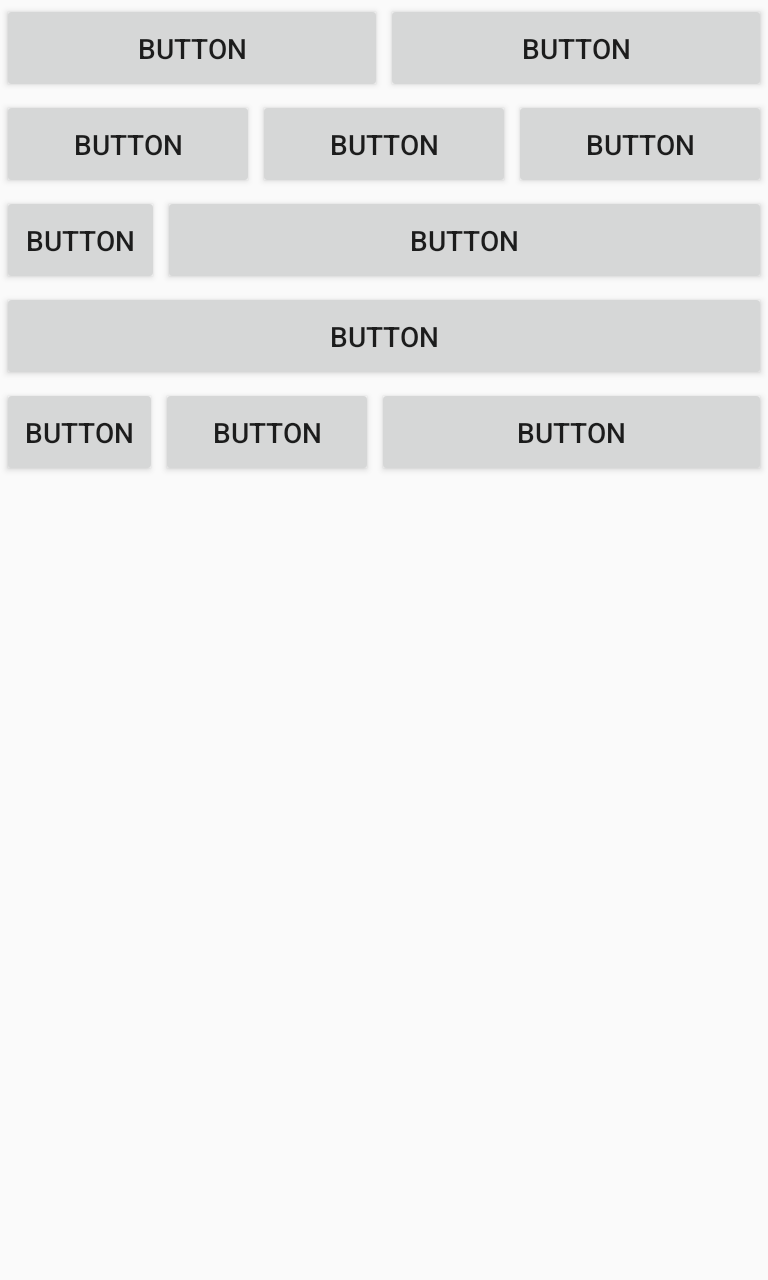
Repository: adarshnair13/my-project
Layout: example1/res/layout/activity_main.xml
The author's editor kept a copy of each file at every save. The layout is drawn from the files as they stood at one save, then again after the next save.
It is drawn on a 768 x 1280 px phone screen (xhdpi) without system bars, with theme AppTheme; the app's code is not run.

Above is the layout before, as saved 2015-02-01 21:21:26.

### example1/res/layout/activity_main.xml
<LinearLayout xmlns:android="http://schemas.android.com/apk/res/android"
    xmlns:tools="http://schemas.android.com/tools"
    android:id="@+id/LinearLayout2"
    android:layout_width="match_parent"
    android:layout_height="match_parent"
    android:orientation="vertical"
    tools:context="com.adarsh.example1.MainActivity" >

    <LinearLayout
        android:layout_width="match_parent"
        android:layout_height="wrap_content"
        android:weightSum="2.0" >

        <Button
            android:id="@+id/button1"
            style="?android:attr/buttonStyleSmall"
            android:layout_width="wrap_content"
            android:layout_height="wrap_content"
            android:layout_weight="1.0"
            android:text="Button" />

        <Button
            android:id="@+id/button2"
            style="?android:attr/buttonStyleSmall"
            android:layout_width="wrap_content"
            android:layout_height="wrap_content"
            android:layout_weight="1.0"
            android:text="Button" />
    </LinearLayout>

    <LinearLayout
        android:layout_width="match_parent"
        android:layout_height="wrap_content"
        android:weightSum="3.0" >

        <Button
            android:id="@+id/button3"
            style="?android:attr/buttonStyleSmall"
            android:layout_width="wrap_content"
            android:layout_height="wrap_content"
            android:layout_weight="1.0"
            android:text="Button" />

        <Button
            android:id="@+id/button4"
            style="?android:attr/buttonStyleSmall"
            android:layout_width="wrap_content"
            android:layout_height="wrap_content"
            android:layout_weight="1.0"
            android:text="Button" />

        <Button
            android:id="@+id/button5"
            style="?android:attr/buttonStyleSmall"
            android:layout_width="wrap_content"
            android:layout_height="wrap_content"
            android:layout_weight="1.0"
            android:text="Button" />
    </LinearLayout>

    <LinearLayout
        android:layout_width="match_parent"
        android:layout_height="wrap_content"
        android:weightSum="100.0" >

        <Button
            android:id="@+id/button6"
            style="?android:attr/buttonStyleSmall"
            android:layout_width="wrap_content"
            android:layout_height="wrap_content"
            android:layout_weight="1.0"
            android:text="Button" />

        <Button
            android:id="@+id/button7"
            style="?android:attr/buttonStyleSmall"
            android:layout_width="wrap_content"
            android:layout_height="wrap_content"
            android:layout_weight="99.0"
            android:text="Button" />
    </LinearLayout>

    <LinearLayout
        android:layout_width="match_parent"
        android:layout_height="wrap_content"
        android:weightSum="1.0" >

        <Button
            android:id="@+id/button8"
            style="?android:attr/buttonStyleSmall"
            android:layout_width="wrap_content"
            android:layout_height="wrap_content"
            android:layout_weight="1.0"
            android:text="Button" />
    </LinearLayout>

    <LinearLayout
        android:layout_width="match_parent"
        android:layout_height="wrap_content"
        android:weightSum="100.0" >

        <Button
            android:id="@+id/button9"
            style="?android:attr/buttonStyleSmall"
            android:layout_width="wrap_content"
            android:layout_height="wrap_content"
            android:layout_weight="1.0"
            android:text="Button" />

        <Button
            android:id="@+id/button10"
            style="?android:attr/buttonStyleSmall"
            android:layout_width="wrap_content"
            android:layout_height="wrap_content"
            android:layout_weight="20.0"
            android:text="Button" />

        <Button
            android:id="@+id/button11"
            style="?android:attr/buttonStyleSmall"
            android:layout_width="wrap_content"
            android:layout_height="wrap_content"
            android:layout_weight="79.0"
            android:text="Button" />
    </LinearLayout>

</LinearLayout>

Loaded but not shown: example1/res/values/styles.xml (common file); example1/res/values-v11/styles.xml (common file); example1/res/values-v14/styles.xml (common file)

After the next save:
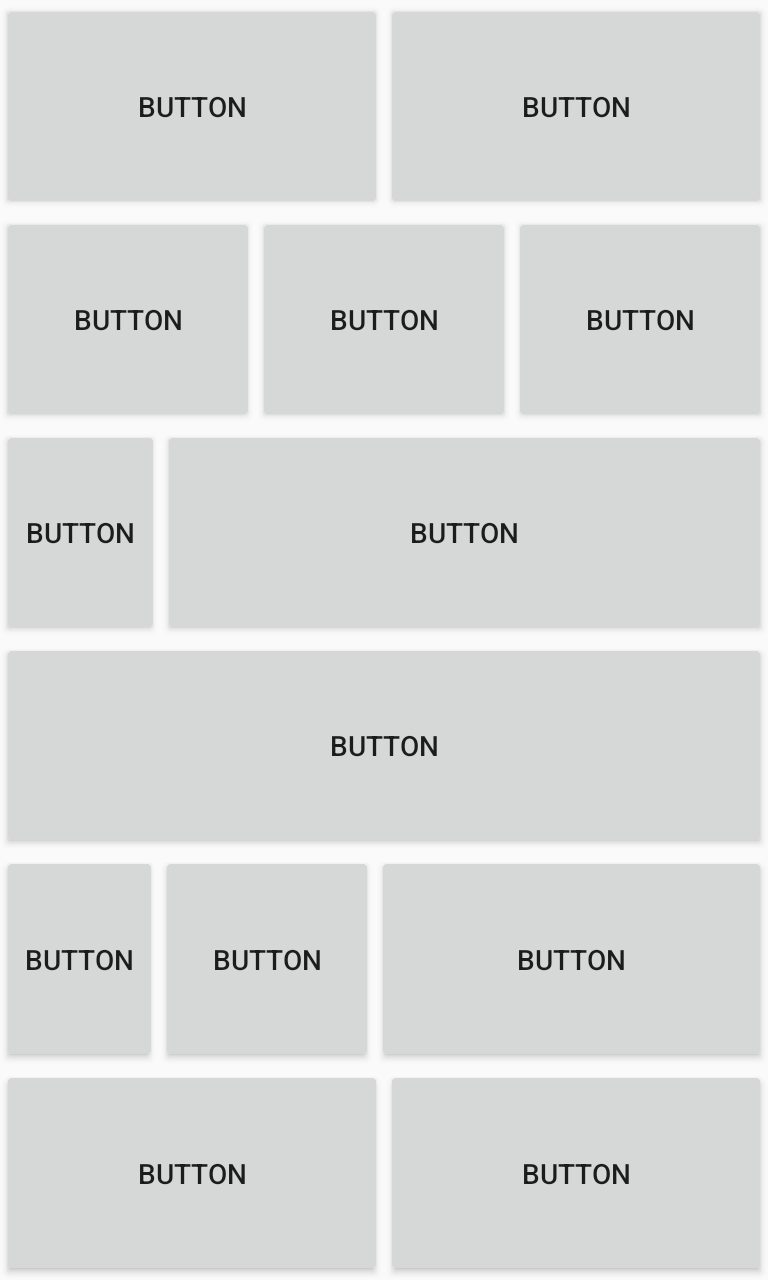
Saved 9 min 8 s later.
--- a/example1/res/layout/activity_main.xml
+++ b/example1/res/layout/activity_main.xml
@@ -3,19 +3,21 @@
     android:id="@+id/LinearLayout2"
     android:layout_width="match_parent"
     android:layout_height="match_parent"
+    android:weightSum="6.0"
     android:orientation="vertical"
     tools:context="com.adarsh.example1.MainActivity" >
 
     <LinearLayout
         android:layout_width="match_parent"
         android:layout_height="wrap_content"
+        android:layout_weight="1.0"
         android:weightSum="2.0" >
 
         <Button
             android:id="@+id/button1"
             style="?android:attr/buttonStyleSmall"
             android:layout_width="wrap_content"
-            android:layout_height="wrap_content"
+            android:layout_height="match_parent"
             android:layout_weight="1.0"
             android:text="Button" />
 
@@ -23,7 +25,7 @@
             android:id="@+id/button2"
             style="?android:attr/buttonStyleSmall"
             android:layout_width="wrap_content"
-            android:layout_height="wrap_content"
+            android:layout_height="match_parent"
             android:layout_weight="1.0"
             android:text="Button" />
     </LinearLayout>
@@ -31,13 +33,14 @@
     <LinearLayout
         android:layout_width="match_parent"
         android:layout_height="wrap_content"
+        android:layout_weight="1.0"
         android:weightSum="3.0" >
 
         <Button
             android:id="@+id/button3"
             style="?android:attr/buttonStyleSmall"
             android:layout_width="wrap_content"
-            android:layout_height="wrap_content"
+            android:layout_height="match_parent"
             android:layout_weight="1.0"
             android:text="Button" />
 
@@ -45,7 +48,7 @@
             android:id="@+id/button4"
             style="?android:attr/buttonStyleSmall"
             android:layout_width="wrap_content"
-            android:layout_height="wrap_content"
+            android:layout_height="match_parent"
             android:layout_weight="1.0"
             android:text="Button" />
 
@@ -53,7 +56,7 @@
             android:id="@+id/button5"
             style="?android:attr/buttonStyleSmall"
             android:layout_width="wrap_content"
-            android:layout_height="wrap_content"
+            android:layout_height="match_parent"
             android:layout_weight="1.0"
             android:text="Button" />
     </LinearLayout>
@@ -61,13 +64,14 @@
     <LinearLayout
         android:layout_width="match_parent"
         android:layout_height="wrap_content"
+        android:layout_weight="1.0"
         android:weightSum="100.0" >
 
         <Button
             android:id="@+id/button6"
             style="?android:attr/buttonStyleSmall"
             android:layout_width="wrap_content"
-            android:layout_height="wrap_content"
+            android:layout_height="match_parent"
             android:layout_weight="1.0"
             android:text="Button" />
 
@@ -75,7 +79,7 @@
             android:id="@+id/button7"
             style="?android:attr/buttonStyleSmall"
             android:layout_width="wrap_content"
-            android:layout_height="wrap_content"
+            android:layout_height="match_parent"
             android:layout_weight="99.0"
             android:text="Button" />
     </LinearLayout>
@@ -83,13 +87,14 @@
     <LinearLayout
         android:layout_width="match_parent"
         android:layout_height="wrap_content"
+         android:layout_weight="1.0"
         android:weightSum="1.0" >
 
         <Button
             android:id="@+id/button8"
             style="?android:attr/buttonStyleSmall"
             android:layout_width="wrap_content"
-            android:layout_height="wrap_content"
+            android:layout_height="match_parent"
             android:layout_weight="1.0"
             android:text="Button" />
     </LinearLayout>
@@ -97,13 +102,14 @@
     <LinearLayout
         android:layout_width="match_parent"
         android:layout_height="wrap_content"
+         android:layout_weight="1.0"
         android:weightSum="100.0" >
 
         <Button
             android:id="@+id/button9"
             style="?android:attr/buttonStyleSmall"
             android:layout_width="wrap_content"
-            android:layout_height="wrap_content"
+            android:layout_height="match_parent"
             android:layout_weight="1.0"
             android:text="Button" />
 
@@ -111,7 +117,7 @@
             android:id="@+id/button10"
             style="?android:attr/buttonStyleSmall"
             android:layout_width="wrap_content"
-            android:layout_height="wrap_content"
+            android:layout_height="match_parent"
             android:layout_weight="20.0"
             android:text="Button" />
 
@@ -119,9 +125,33 @@
             android:id="@+id/button11"
             style="?android:attr/buttonStyleSmall"
             android:layout_width="wrap_content"
-            android:layout_height="wrap_content"
+            android:layout_height="match_parent"
             android:layout_weight="79.0"
             android:text="Button" />
     </LinearLayout>
 
+    <LinearLayout
+        android:layout_width="match_parent"
+        android:layout_height="wrap_content"
+         android:layout_weight="1.0"
+        android:weightSum="2.0" >
+
+        <Button
+            android:id="@+id/button12"
+            style="?android:attr/buttonStyleSmall"
+            android:layout_width="wrap_content"
+            android:layout_height="match_parent"
+            android:layout_weight="1.0"
+            android:text="Button" />
+
+        <Button
+            android:id="@+id/button13"
+            style="?android:attr/buttonStyleSmall"
+            android:layout_width="wrap_content"
+            android:layout_height="match_parent"
+            android:layout_weight="1.0"
+            android:text="Button" />
+
+    </LinearLayout>
+
 </LinearLayout>
